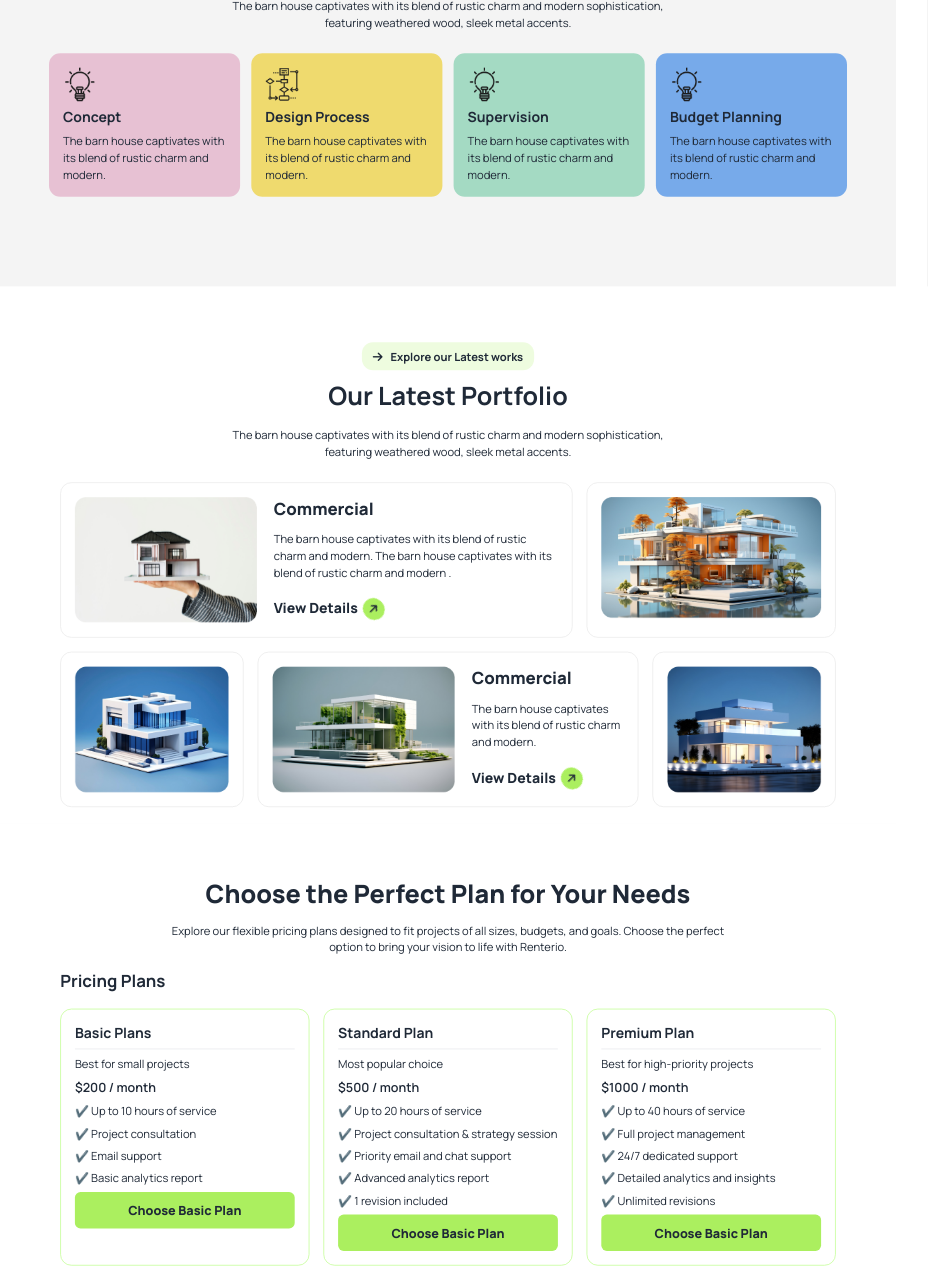
Repository: Tanvir4312/assignment-03
Page: index.html
The author's editor kept a copy of each file at every save. The page is drawn from the files as they stood at one save, then again after the next save.
The browser window is 1280 px wide. The page is 1325 px wide, so the pictures cover 1325 px, including what lies to the right of the window. The pictures show the part of the page from y = 1890 to 3730 px (the page is 3722 px tall before and 3730 px after), at 70% of full size.
Some web libraries are served in a nearby version.

Above is the page before, as saved 2024-10-30 20:08:30.

### index.html
<!DOCTYPE html>
<html lang="en">

<head>
    <meta charset="UTF-8">
    <meta name="viewport" content="width=device-width, initial-scale=1.0">
    <title>Renterio</title>
    <link rel="stylesheet" href="styles/styles.css">
    <!-- DaisyUI -->
    <link href="https://cdn.jsdelivr.net/npm/daisyui@4.12.14/dist/full.min.css" rel="stylesheet" type="text/css" />
    <script src="https://cdn.tailwindcss.com"></script>
    <!-- Icon -->
    <link rel="stylesheet" href="https://cdnjs.cloudflare.com/ajax/libs/font-awesome/6.6.0/css/all.min.css"
        integrity="sha512-Kc323vGBEqzTmouAECnVceyQqyqdsSiqLQISBL29aUW4U/M7pSPA/gEUZQqv1cwx4OnYxTxve5UMg5GT6L4JJg=="
        crossorigin="anonymous" referrerpolicy="no-referrer" />

    <script>
        tailwind.config = {
            theme: {
                extend: {
                    colors: {
                        clifford: '#da373d',
                        bgBtnColor: '#ABEF5F',
                        btnTextAndWorksTextColor: '#1C1C1C',
                        mainColor: '#212121',
                        secondaryColor: '#494949',

                    }
                }
            }
        }
    </script>
</head>

<body class="manrope-font">
    <header>
        <!-- Navbar -->
        <nav class="container mx-auto">
            <div class="navbar relative py-14">
                <div class="navbar-start">
                    <div class="absolute right-0">
                        <div class="dropdown">
                            <div tabindex="0" role="button"
                                class="btn btn-ghost mr-2 lg:hidden border border-[rgba(233,233,233)] rounded-full bg-[#f9f8f8]">
                                <svg xmlns="http://www.w3.org/2000/svg" class="h-5 w-5" fill="none" viewBox="0 0 24 24"
                                    stroke="currentColor">
                                    <path stroke-linecap="round" stroke-linejoin="round" stroke-width="2"
                                        d="M4 6h16M4 12h8m-8 6h16" />
                                </svg>
                            </div>
                            <div class="absolute -left-20">
                                <ul tabindex=""
                                    class="menu menu-sm dropdown-content bg-base-100 rounded-box z-[1] p-2 shadow w-32">
                                    <li><a>Home</a></li>
                                    <li><a>Services</a></li>
                                    <li><a>Portfolio</a></li>
                                    <li><a>Blogs</a></li>
                                    <li><a>Contact Us</a></li>
                                </ul>
                            </div>
                        </div>
                    </div>
                    <i class="fa-solid fa-arrow-right -rotate-45 bg-bgBtnColor p-2 rounded-full	"></i>
                    <a class="btn btn-ghost font-extrabold text-3xl pl-2">Renterio</a>
                </div>
                <div class="navbar-center hidden lg:flex">
                    <ul class="menu menu-horizontal px-1">
                        <li><a class="font-extrabold">Home</a></li>
                        <li><a>Services</a></li>
                        <li><a>Portfolio</a></li>
                        <li><a>Blogs</a></li>
                        <li><a>Contact Us</a></li>
                    </ul>
                </div>

                <div class="navbar-end hidden md:block">
                    <div class="flex justify-end">
                        <div class="flex items-center gap-3 mr-2">
                            <div class="px-3 py-1 border border-[rgba(233,233,233)] rounded-full bg-[#f9f8f8]">
                                <i class="fa-solid fa-magnifying-glass"></i>
                            </div>
                            <div class="px-3 py-1 border border-[rgba(233,233,233)] rounded-full bg-[#f9f8f8]">
                                <i class="fa-solid fa-cart-shopping"></i>
                            </div>
                        </div>
                        <div class="relative ">
                            <button class="btn bg-bgBtnColor rounded-3xl pr-14 text-lg font-semibold">Book
                                Consult</button>
                            <i
                                class="fa-solid fa-arrow-right -rotate-45 bg-black text-white p-2 rounded-full absolute top-2 right-4 "></i>
                        </div>
                    </div>
                </div>
            </div>
        </nav>
        <!-- Banner -->
        <section class="banner text-center">
            <!-- Banner Image -->
            <div class="flex justify-center px-14">
                <img src="./assets/banner.png" alt="">
            </div>
            <!-- Banner Text -->
            <div class="mt-6">
                <h1 class="text-3xl md:text-6xl font-extrabold md:leading-[80px]">A barn house of this design
                    has a <br>striking appearance
                </h1>
                <p class="mt-6 mb-8 px-5">The barn house captivates with its blend of rustic charm and modern
                    sophistication,
                    featuring weathered wood, sleek metal <br> accents, and large windows that flood the space with
                    natural light.</p>
                <!-- Banner Button -->
                <div class="relative flex px-2 md:justify-center md:items-center">
                    <div class="w-full text-start md:text-center">
                        <button
                            class="btn border border-[rgba(171,239,95)] bg-[rgba(171,239,95,0.5)] rounded-3xl mainColor text-xl font-extrabold pr-14 l w-full md:w-52">View
                            Details</button>
                    </div>
                    <div>
                        <i
                            class="fa-solid fa-arrow-right -rotate-45 bg-bgBtnColor p-2 rounded-full absolute bottom-2 right-[590px]"></i>

                        <i
                            class="md:hidden absolute top-3 right-20 fa-solid fa-arrow-right -rotate-45 bg-bgBtnColor p-2 rounded-full"></i>
                    </div>
                </div>
            </div>
        </section>
    </header>

    <main class="bg-[#F4F4F4]">
        <!-- Commercial and Residential Section -->
        <section class="bg-[#F4F4F4] md:my-24 my-5 pt-7 pb-5 md:pb-20">
            <!-- Vector Image -->
            <img class="hidden md:block border-dashed border-2 border-slate-300 py-7 ml-9" src="./assets/Vector.png"
                alt="">
            <div class="md:w-[1140px] mx-auto grid md:grid-cols-2 grid-cols-1 gap-5 p-4 md:p-0">
                <div>
                    <!-- About Us Button -->
                    <div class="flex justify-center md:flex-col">
                        <div class="bg-white w-32 py-2 px-4 rounded-2xl">
                            <i class="fa-solid fa-arrow-right pr-2"></i>
                            <button class="font-bold">About Us</button>
                        </div>
                    </div>
                    <!-- Text -->
                    <div class="mt-4 md:text-start text-center">
                        <h1 class="text-2xl md:text-4xl font-bold mainColor mb-6">We design thoughtful, <br> liveable
                            spaces
                        </h1>
                        <p class="secondaryColor">The barn house captivates with its blend of rustic charm and
                            modern sophistication, featuring weathered wood, sleek metal accents.</p>
                    </div>

                    <div class="flex md:items-center gap-5 my-6 bg-white p-6 rounded-2xl">
                        <!-- Image -->
                        <div>
                            <img src="./assets/commercial.png" alt="">
                        </div>
                        <!-- Text -->
                        <div>
                            <h3 class="text-xl font-extrabold">Commercial</h3>
                            <p><small>The barn house captivates with its blend <br> of rustic charm and modern.</small>
                            </p>
                        </div>
                    </div>
                    <div class="flex md:items-center gap-5 bg-white p-6 rounded-2xl">
                        <!-- Image -->
                        <div>
                            <img src="./assets/residential.png" alt="">
                        </div>
                        <!-- Text -->
                        <div>
                            <h3 class="text-xl font-extrabold">Residential</h3>
                            <p><small>The barn house captivates with its blend <br> of rustic charm and modern.</small>
                            </p>
                        </div>
                    </div>

                </div>
                <!-- Image -->
                <div>
                    <img class="h-60 w-full md:h-[500px]" src="./assets/Rectangle.png" alt="">
                </div>
            </div>
        </section>

        <!-- Works Process section -->
        <section class="md:w-[1140px] mx-auto px-4 md:px-0 md:pb-24">
            <!-- Works Button -->
            <div class="flex justify-center">
                <div class="bg-white py-2 px-4 rounded-2xl">
                    <i class="fa-solid fa-arrow-right pr-2"></i>
                    <button class="font-bold">How We Works</button>
                </div>
            </div>
            <!-- Text -->
            <div class="text-center">
                <h1 class="py-4 md:py-6 text-2xl md:text-4xl font-bold">Our Works Process</h1>
                <p>The barn house captivates with its blend of rustic charm and modern sophistication, <br> featuring
                    weathered wood, sleek metal accents.</p>
            </div>
            <!-- Card -->
            <div class="card grid grid-cols-1 md:grid-cols-4 gap-4 my-8">
                <div class="bg-[rgba(231,193,211)] rounded-2xl p-5">
                    <img src="./assets/concept.png" alt="">
                    <h4 class="py-2 text-xl font-bold">Concept</h4>
                    <p>The barn house captivates with its blend of rustic charm and modern.</p>
                </div>
                <div class="bg-[rgba(239,218,110)] rounded-2xl p-5">
                    <img src="./assets/flow-chart.png" alt="">
                    <h4 class="py-2 text-xl font-bold">Design Process</h4>
                    <p>The barn house captivates with its blend of rustic charm and modern.</p>
                </div>
                <div class="bg-[rgba(164,218,195)] rounded-2xl p-5">
                    <img src="./assets/concept.png" alt="">
                    <h4 class="py-2 text-xl font-bold">Supervision</h4>
                    <p>The barn house captivates with its blend of rustic charm and modern.</p>
                </div>
                <div class="bg-[rgba(119,170,234)] rounded-2xl p-5">
                    <img src="./assets/concept.png" alt="">
                    <h4 class="py-2 text-xl font-bold">Budget Planning</h4>
                    <p>The barn house captivates with its blend of rustic charm and modern.</p>
                </div>
            </div>
        </section>
        <!-- Latest Portfolio Section -->
        <section class="md:bg-white">
            <div class=" md:w-[1140px] mx-auto py-6 px-4 md:pt-20">
                <!-- Latest Works Button -->
                <div class="flex justify-center">
                    <div class="bg-[rgba(171,239,95,0.2)] py-2 px-4 rounded-2xl">
                        <i class="fa-solid fa-arrow-right pr-2"></i>
                        <button class="font-bold">Explore our Latest works</button>
                    </div>
                </div>
                <!-- Text -->
                <div class="text-center">
                    <h1 class="pt-4 pb-6 md:text-4xl text-2xl font-bold">Our Latest Portfolio</h1>
                    <p>The barn house captivates with its blend of rustic charm and modern sophistication, <br>
                        featuring
                        weathered wood, sleek metal accents.</p>
                </div>
                <!-- Latest Portfolio Card First Row -->
                <div class="pt-8 grid grid-cols-1 md:grid-cols-3 gap-5">
                    <!-- First Card -->
                    <div class="md:col-span-2 rounded-2xl ">
                        <div class="md:flex gap-6 border border-[rgba(233,233,233)] rounded-2xl p-5 bg-white">
                            <img src="./assets/img1.png" alt="">
                            <div>
                                <h3 class="text-2xl font-extrabold">Commercial</h3>
                                <p class="pt-4 pb-6">The barn house captivates with its blend of rustic charm and
                                    modern. The barn house
                                    captivates with its blend of rustic charm and modern .</p>

                                <a class="text-xl font-extrabold pr-1" href="">View Details</a>
                                <i class="fa-solid fa-arrow-right -rotate-45 bg-bgBtnColor p-2 rounded-full	"></i>
                            </div>
                        </div>
                    </div>
                    <!-- Second Card -->
                    <div class="border border-[rgba(233,233,233)] rounded-2xl p-5 bg-white">
                        <img src="./assets/img2.png" alt="">
                    </div>

                </div>
                <!-- Latest Portfolio Card Second Row -->
                <div class="grid grid-cols-1 md:grid-cols-4 gap-5 mt-5">
                    <!-- First Card -->
                    <div class="border border-[rgba(233,233,233)] rounded-2xl p-5 bg-white">
                        <img class="h-full w-full" src="./assets/img3.png" alt="">
                    </div>
                    <!-- Second Card -->
                    <div class="md:col-span-2 rounded-2xl ">
                        <div class="md:flex gap-6 border border-[rgba(233,233,233)] rounded-2xl p-5 bg-white">
                            <img src="./assets/img4.png" alt="">
                            <div>
                                <h3 class="text-2xl font-extrabold">Commercial</h3>
                                <p class="pt-4 pb-6">The barn house captivates with its blend of rustic charm and
                                    modern.</p>

                                <a class="text-xl font-extrabold pr-1" href="">View Details</a>
                                <i class="fa-solid fa-arrow-right -rotate-45 bg-bgBtnColor p-2 rounded-full	"></i>
                            </div>
                        </div>
                    </div>
                    <!-- Third Card -->
                    <div class="border border-[rgba(233,233,233)] rounded-2xl p-5 bg-white">
                        <img class="h-full w-full" src="./assets/img5.png" alt="">
                    </div>

                </div>
            </div>
        </section>
        <!-- Perfect Plan Section -->
        <section class="md:bg-white">
            <div class="md:w-[1140px] mx-auto py-6 px-4 md:pt-20">
                <!-- Text -->
                <div class="text-center">
                    <h1 class="text-2xl md:text-4xl font-extrabold">Choose the Perfect Plan for Your Needs</h1>
                    <p class="py-5">Explore our flexible pricing plans designed to fit projects of all sizes, budgets,
                        and goals. Choose the perfect <br> option to bring your vision to life with Renterio.</p>
                </div>
                <p class="text-2xl font-bold pb-6">Pricing Plans</p>
                <!-- Cards -->
                <div class="grid grid-cols-1 md:grid-cols-3 gap-5">
                    <!-- Card-01 -->
                    <div class="border border-[#bdfe8b] p-5 rounded-2xl bg-white">
                        <div class="space-y-2">
                            <h3 class="text-xl font-bold">Basic Plans</h3>
                            <hr>
                            <p>Best for small projects</p>
                            <h5 class="text-lg font-semibold">$200 / month</h5>
                            <li class="list-none">✔️ Up to 10 hours of service</li>
                            <li class="list-none">✔️ Project consultation</li>
                            <li class="list-none">✔️ Email support</li>
                            <li class="list-none">✔️ Basic analytics report</li>
                        </div>

                            <button class="bg-bgBtnColor p-3 rounded-lg text-lg font-extrabold mt-2 w-full">Choose
                                Basic Plan</button>

                    </div>
                    <!-- Card-02 -->
                    <div class="border border-[#bdfe8b] p-5 rounded-2xl bg-white">
                        <div class="space-y-2">
                            <h3 class="text-xl font-bold">Standard Plan</h3>
                            <hr>
                            <p>Most popular choice</p>
                            <h5 class="text-lg font-semibold">$500 / month</h5>
                            <li class="list-none">✔️ Up to 20 hours of service</li>
                            <li class="list-none">✔️ Project consultation & strategy session</li>
                            <li class="list-none">✔️ Priority email and chat support</li>
                            <li class="list-none">✔️ Advanced analytics report</li>
                            <li class="list-none">✔️ 1 revision included</li>
                        </div>

                            <button class="bg-bgBtnColor p-3 rounded-lg text-lg font-extrabold mt-2 w-full">Choose
                                Basic Plan</button>

                    </div>
                    <!-- Card-03 -->
                    <div class="border border-[#bdfe8b] p-5 rounded-2xl bg-white">
                        <div class="space-y-2">
                            <h3 class="text-xl font-bold">Premium Plan</h3>
                            <hr>
                            <p>Best for high-priority projects</p>
                            <h5 class="text-lg font-semibold">$1000 / month</h5>
                            <li class="list-none">✔️ Up to 40 hours of service</li>
                            <li class="list-none">✔️  Full project management</li>
                            <li class="list-none">✔️  24/7 dedicated support</li>
                            <li class="list-none">✔️ Detailed analytics and insights</li>
                            <li class="list-none">✔️ Unlimited revisions</li>
                        </div>

                            <button class="bg-bgBtnColor p-3 rounded-lg text-lg font-extrabold mt-2 w-full">Choose
                                Basic Plan</button>

                    </div>

                </div>
            </div>
        </section>
    </main>
    <!--  -->
    <section>

    </section>

</body>

</html>

### styles/styles.css
/* Font */
@import url('https://fonts.googleapis.com/css2?family=Manrope:wght@200..800&display=swap');


.manrope-font {
  font-family: "Manrope", sans-serif;


}

After the next save:
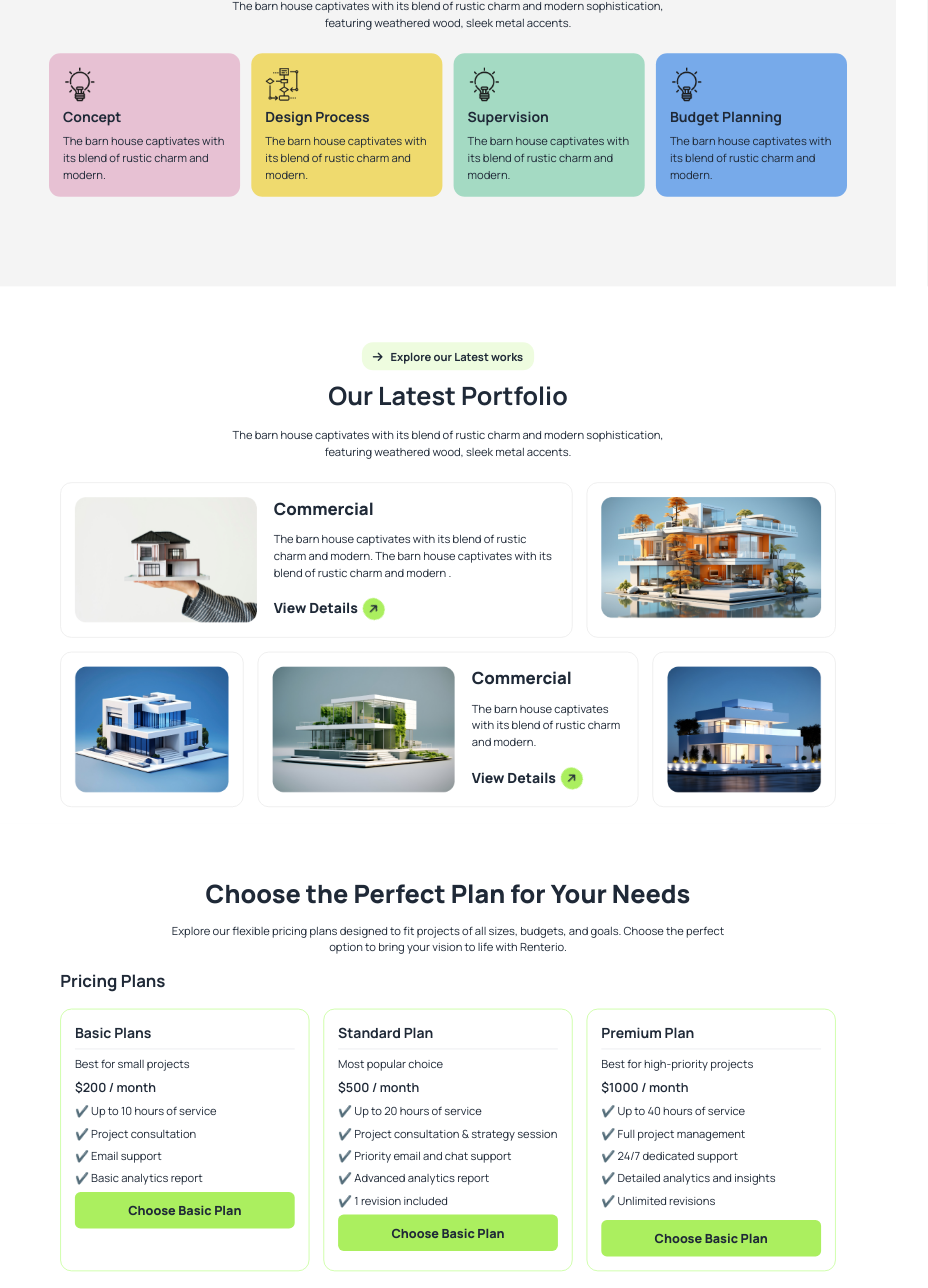
Saved 25 s later.
--- a/index.html
+++ b/index.html
@@ -352,7 +352,7 @@
                             <li class="list-none">✔️ Unlimited revisions</li>
                         </div>
 
-                            <button class="bg-bgBtnColor p-3 rounded-lg text-lg font-extrabold mt-2 w-full">Choose
+                            <button class="bg-bgBtnColor p-3 rounded-lg text-lg font-extrabold mt-4 w-full">Choose
                                 Basic Plan</button>
 
                     </div>
